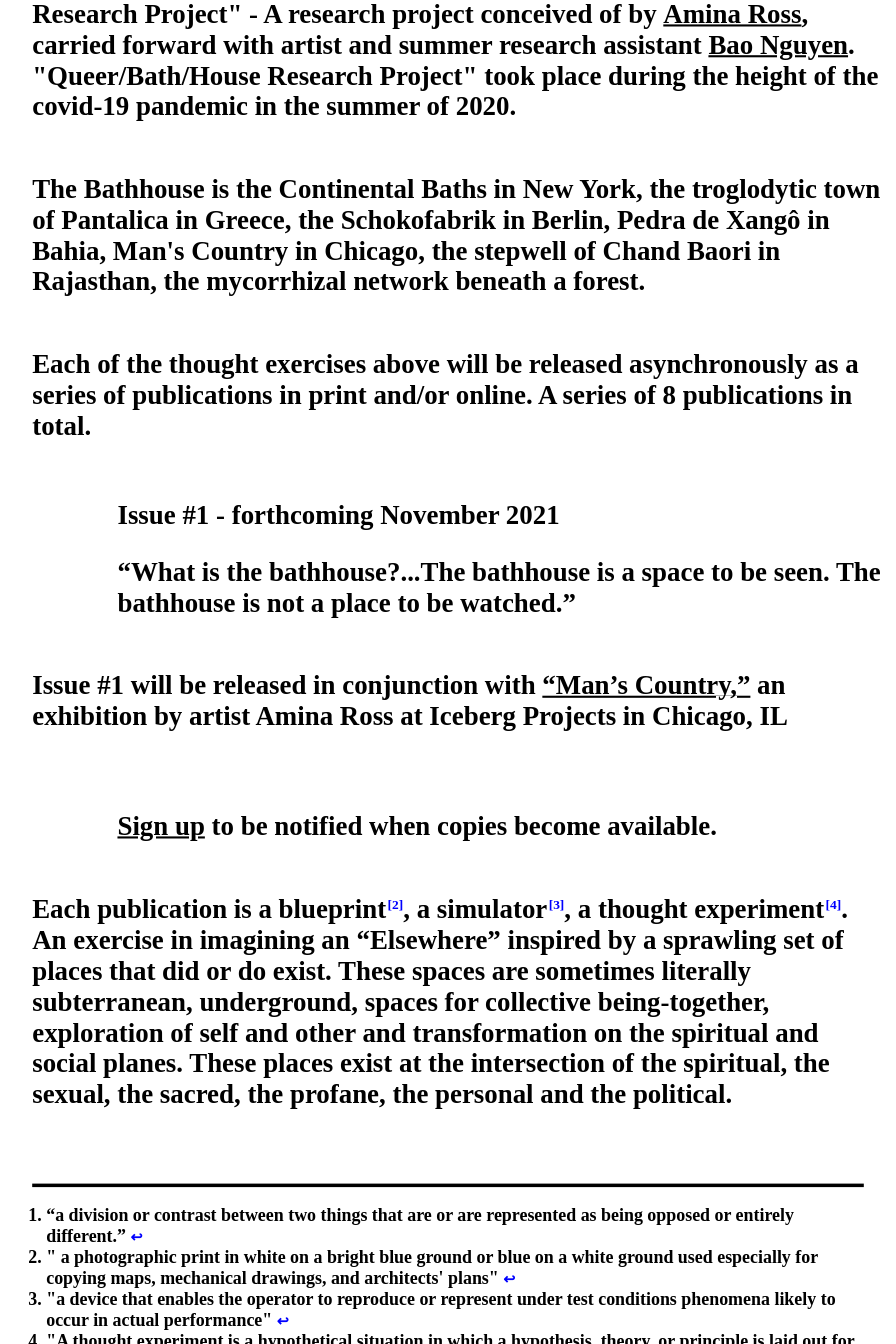
Repository: ayoungblood2/bathhouse.online
Page: index.html
An editor plug-in stored every save of this project. The page is shown before and after the next save, followed by the edit.
The browser window is 1280 px wide. The pictures show the part of the page from y = 2337 to 4257 px (the page is 4370 px tall), at 70% of full size.
Some web fonts or font styles are not loaded; a fallback is used.

Above is the page before, as saved 2021-10-16 19:26:50.
Not found: js/layout_main.js
Not found: js/three_main.js
Not found: style.css

### index.html
<!DOCTYPE html>
<html>

<head>
    <meta charset="UTF-8">
    <meta name="viewport" content="width=device-width, initial-scale=1.0, maximum-scale=1.0, user-scalable=no" />
    <title>bathhouse.online</title>
    <link rel="apple-touch-icon" sizes="180x180" href="/apple-touch-icon.png">
    <link rel="icon" type="image/png" sizes="32x32" href="/favicon-32x32.png">
    <link rel="icon" type="image/png" sizes="16x16" href="/favicon-16x16.png">
    <link rel="manifest" href="/site.webmanifest">
    <link rel="stylesheet" href="style.css">
    <script src="http://code.jquery.com/jquery-1.12.0.min.js"></script>
    <link rel='dns-prefetch' href='//ajax.googleapis.com' />
    <meta name="keywords" content="Amina Ross, Avery Youngblood">
    <meta name="author" content="Avery Youngblood">
    <script type="text/javascript" src="./js/layout_main.js"></script>
    <script type="text/javascript" src="./js/three_main.js"></script>

    <style>
        @font-face {
            font-family: Avenir Next Heavy;
            src: url(fonts/AvenirNext.ttc);
        }

        body,
        html {
            height: 100%;
            width: 100%;
            margin: 0;
            padding: 0;
            overflow-x: hidden;
        }

        *,
        *:before,
        *:after {
            box-sizing: inherit;
        }

        .bg {

            background-image: url('images/20211010224425098.gif');


            /* Full height */
            height: 100%;

            /* Center and scale the image nicely */
            background-position: center;
            background-repeat: no-repeat;
            background-size: cover;
            position: relative;
            top: 0;
            left: 0;

            /* padding: 100px; */

            font-family: "Avenir Next Heavy";

        }




        .txt {
            position: absolute;
            top: 10px;
            left: 30px;
            font-family: "Avenir Next Heavy";
        }

        h1 {
            font-size: 10vw;
            text-align: center;
        }

        p {
            font-size: 3vw;
        }

        .parallax {
            /* The image used */
            background-image: url('images/20211010224425098.gif');

            /* Full height */
            height: 100%;

            /* Create the parallax scrolling effect */
            background-attachment: fixed;
            background-position: center;
            background-repeat: no-repeat;
            background-size: cover;
        }

        .container {
            padding: 10px;
            width: 2em;
        }

        .item {
            width: 50%;
            width: fit-content;
            padding: 5px;
            margin-bottom: 1em;
        }


        @media only screen and (max-width:900px) {
            h1 {
                font-size: 8vw;
                font-family: "Avenir Next Heavy";

            }

            .bg {
                /* padding: 0px; */

            }

            .txt {
                top: 0;
                left: 0;
            }

            p {
                font-size: 8vw;
                font-family: "Avenir Next Heavy";

            }

            footer {
                border-top: 2px solid black;
            }
        }

        .top {
            /* padding: 1em; */
            /* display: grid; */
            /* grid-gap: 3em; */
            grid-template-columns: repeat(1, 250px);
        }

        .quote {
            padding: 1em;
            /* border-radius: .3em; */
            /* box-shadow: 10px 10px 30px rgba(0, 0, 0, 0.1); */
        }

        p {
            margin-top: 0;
            /* margin-right: 20px; */
            font-size: 3vw;
        }

        span {
            font-weight: bold;
            position: relative;
            /* margin-left: 20px; */
        }

        :before {
            content: '';
            position: fixed;
            height: 1px;
            width: 20px;
            /* border-bottom: 1px solid black; */
            top: 20px;
        }




        @media(min-width:950px) {
            .top {
                grid-template-columns: repeat(2, 250fr);
                font-family: "Avenir Next Heavy";
            }
        }

        .tab {
            margin-left: 10%;
        }



        footer {
            margin-top: 50px;
            border-top: 5px solid black;
            font-size: 2vw;
            font-family: "Avenir Next Heavy";
            margin-right: 30px;
        }

        footer ol {
            padding-left: 20px;
        }

        /**
 * Initialiazing a `footnotes` counter on the wrapper
 */
        article {
            counter-reset: footnotes;
            font-family: "Avenir Next Heavy";
        }

        /**
 * Inline footnotes references
 * 1. Increment the counter at each new reference
 * 2. Reset link styles to make it appear like regular text
 */
        [aria-describedby="footnote-label"] {
            counter-increment: footnotes;
            /* 1 */
            text-decoration: none;
            /* 2 */
            color: inherit;
            /* 2 */
            cursor: default;
            /* 2 */
            outline: none;
            /* 2 */
        }

        /**
 * Actual numbered references
 * 1. Display the current state of the counter (e.g. `[1]`)
 * 2. Align text as superscript
 * 3. Make the number smaller (since it's superscript)
 * 4. Slightly offset the number from the text
 * 5. Reset link styles on the number to show it's usable
 */
        [aria-describedby="footnote-label"]::after {
            content: '['counter(footnotes)']';
            /* 1 */
            vertical-align: super;
            /* 2 */
            font-size: 0.5em;
            /* 3 */
            margin-left: 2px;
            /* 4 */
            color: blue;
            /* 5 */
            /* text-decoration: underline; */
            /* 5 */
            cursor: pointer;
            /* 5 */
        }

        /**
 * Resetting the default focused styles on the number
 */
        [aria-describedby="footnote-label"]:focus::after {
            outline: thin dotted;
            outline-offset: 2px;
        }

        [aria-label="Back to content"] {
            font-size: 0.8em;
        }

        /**
 * Highlight target note
 */
        footer :target {
            background: yellow;
            padding: 1.5%;
            background-clip: border-box;
        }

        /**
 * Visually hidden yet accessible content
 */
        .visually-hidden {
            position: absolute;
            clip: rect(0 0 0 0);
            visibility: hidden;
            opacity: 0;
        }
    </style>

<body>


    <!-- <div class="parallax"></div> -->

    <div class="bg"></div>

    <div class="txt">

        <h1>bathhouse.online</h1>

        <span style="font-family: Avenir Next Heavy">

            <div class="top">
                <div class="quote">
                    <article>
                        <p style="font-size: 5vw;">

                            The bathhouse is safe. <br>The bathhouse is not secure.<br><br>
                            The bathhouse is a space to be seen. <br>The bathhouse is not a place to be watched.<br><br>
                            The bathhouse is sensual. <br>The bathhouse is not unspiritual.<br><br>
                            The bathhouse is a space for meaningful work. <br>The bathhouse is not a workplace.<br><br>
                            The bathhouse is a technology. <br>The bathhouse is not a machine.<br><br>
                            The bathhouse is immersive. <br>The bathhouse is not without a body.<br><br>
                            The bathhouse is sweating. <br>The bathhouse is not drained.<br><br>
                            The bathhouse is gone. <br>The bathhouse is not over.<br>
                        </p>

                        <br>

                        <p>
                            “The Bathhouse” is a yet-to-exist space, generated through a set of (false) <a
                                href="#footnotes" aria-describedby="footnote-label" id="footnotes-ref">dichotomies</a>
        </span>,
        core questions, reflections and exercises. The characteristics of The Bathhouse are drawn from
        the
        "Queer/Bath/House Research Project" - A research project conceived of by <a style="color: black; "
            href=https://aminaross.com target="_blank">Amina
            Ross</a>, carried forward with artist and summer research assistant <a style="color: black; "
            href=https://nguyenbao.myportfolio.com target="_blank">
            Bao Nguyen</a>. "Queer/Bath/House Research Project" took place during the
        height of the covid-19 pandemic in the summer of 2020.

        </p>
        <br> <br>
        <p>
            The Bathhouse is the Continental Baths in New York, the troglodytic town of Pantalica in Greece,
            the
            Schokofabrik in Berlin, Pedra de Xangô in Bahia, Man's Country in Chicago, the stepwell of Chand
            Baori in Rajasthan, the mycorrhizal network beneath a forest.


        </p>
        <br> <br>
        <p>
            Each of the thought exercises above will be released asynchronously as a series of publications
            in
            print and/or online. A series of 8 publications in total.<br><br>
        <p class="tab">Issue #1 - forthcoming November 2021</p>
        <p class="tab">“What is the bathhouse?...The bathhouse is a space to be seen. The bathhouse is not a
            place to be
            watched.”</p>
        </p>
        <br> <br>
        <p>
            Issue #1 will be released in conjunction with <a style="color: black;" href=https://icebergchicago.com
                target="_blank">“Man’s
                Country,”</a> an exhibition by artist Amina Ross at Iceberg Projects in Chicago, IL
        </p>
        <br> <br>
        <p>

        <p class="tab"><a style="color: black;" href=https://forms.gle/NMAofWzGxNe4W74i9 target="_blank">Sign up</a> to
            be notified when
            copies become
            available.</p>

        </p>
        <br> <br>
        <p>
            Each publication is a <a href="#css" aria-describedby="footnote-label" id="css-ref">blueprint</a></span>, a
            <a href="#css-counters" aria-describedby="footnote-label" id="css-counters-ref">simulator</a></span>, a
            thought <a href="#css-counters-2" aria-describedby="footnote-label"
                id="css-counters-ref-2">experiment</a></span>. An exercise in imagining an
            “Elsewhere” inspired by a sprawling set of places that did or do exist. These spaces are
            sometimes
            literally subterranean, underground, spaces for collective being-together, exploration of self
            and
            other and transformation on the spiritual and social planes. These places exist at the
            intersection
            of the spiritual, the sexual, the sacred, the profane, the personal and the political.

        </p>
        <br>

        </article>

        <footer>

            <ol>
                <li id="footnotes"><a style="text-decoration: none; color: black;"
                        href=https://www.lexico.com/en/definition/dichotomy target="_blank">“a division or contrast
                        between two
                        things that
                        are or are represented as
                        being opposed or entirely different.”</a>

                    <a href="#footnotes-ref" aria-label="Back to content"
                        style="color: blue; text-decoration: none;">↩</a>

                </li>

                <li id="css"><a style="text-decoration: none; color: black;"
                        href=https://www.merriam-webster.com/dictionary/blueprint#:~:text=Blueprint%20%7C%20Definition%20of%20Blueprint%20by%20Merriam%2DWebster  target="_blank">"
                        a photographic print in white on a bright blue ground or blue on a white ground
                        used especially for copying maps, mechanical drawings, and architects' plans"</a>

                    <a href="#css-ref" aria-label="Back to content" style="color: blue; text-decoration: none;">↩</a>

                </li>

                <li id="css-counters"><a style="text-decoration: none; color: black;"
                        href=https://www.merriam-webster.com/dictionary/simulator  target="_blank">"a device that enables the
                        operator to reproduce or represent under test
                        conditions phenomena likely to occur in actual performance"</a>

                    <a href="#css-counters-ref" aria-label="Back to content"
                        style="color: blue; text-decoration: none;">↩</a>

                </li>

                <li id="css-counters-2"><a style="text-decoration: none; color: black;"
                        href=https://en.wikipedia.org/wiki/Thought_experiment  target="_blank">"A thought experiment is a
                        hypothetical situation in which a hypothesis, theory, or principle is laid out for the
                        purpose of thinking through its consequences. Johann Witt-Hansen established that Hans
                        Christian Ørsted was the first to use the German term Gedankenexperiment circa
                        1812."</a>

                    <a href="#css-counters-ref-2" aria-label="Back to content"
                        style="color: blue; text-decoration: none;">↩</a>

                </li>

            </ol>
        </footer>

    </div>

    </div>

    </span>

    </div>

    <!-- <div class="parallax"></div> -->


</body>

<script>
    $(function () {
        var previousScroll = 0;
        $(window).scroll(function (event) {
            var scroll = $(this).scrollTop();
            var heading = $('.parallax');

            if (scroll > 600) {
                console.log('scrolling down');
                heading.fadeIn("slow", function () {
                    heading.css('opacity', '0.4');
                });
            } else {
                heading.fadeIn("slow", function () {
                    heading.css('opacity', '1');
                });
            }
            previousScroll = scroll;
        });
    })
</script>
</head>

</html>

After the next save:
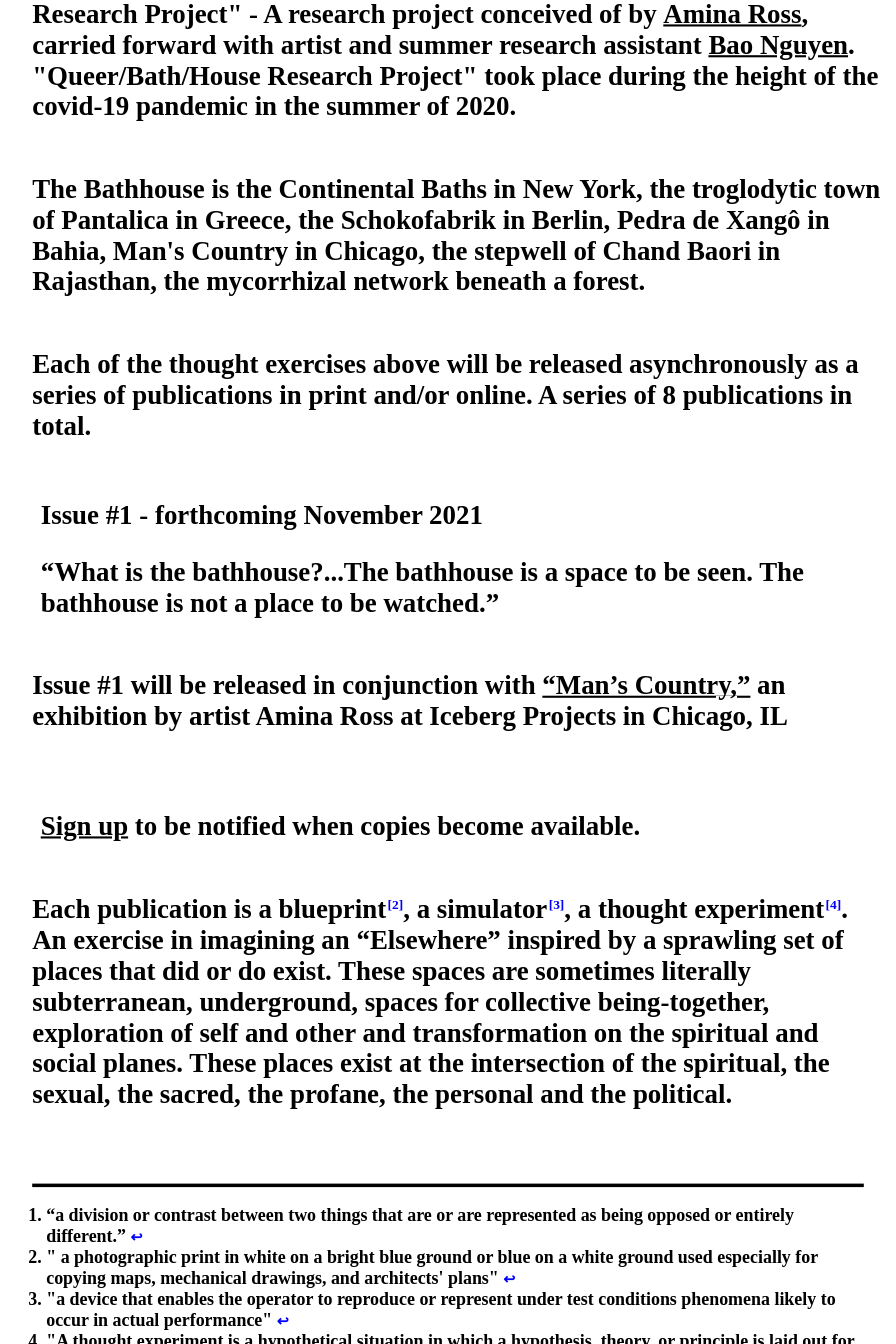
Saved 20 s later.
--- a/index.html
+++ b/index.html
@@ -179,7 +179,7 @@
         }
 
         .tab {
-            margin-left: 10%;
+            margin-left: 1%;
         }
 
 
